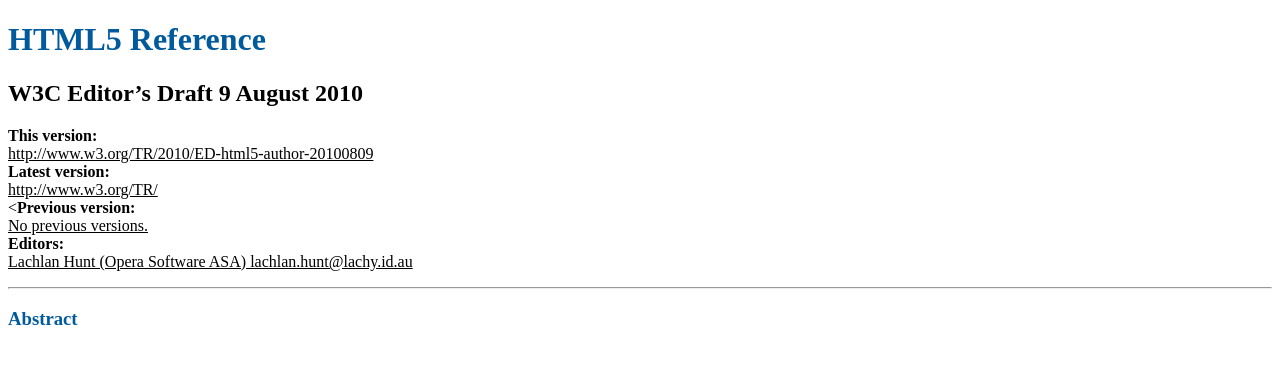
Repository: sujin9335/Front-end
Page: ClientTest/src/main/webapp/html/문제/5.html
An editor plug-in stored every save of this project. The page is shown before and after the next save, followed by the edit.
The browser window is 1280 px wide. The pictures show the whole page.

Above is the page before, as saved 2023-09-20 08:34:10.

After the next save:
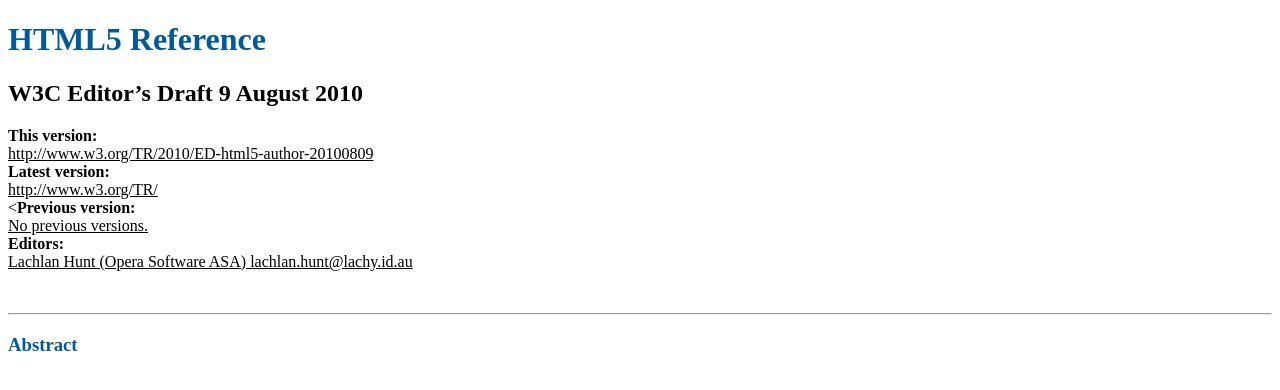
Saved 14 s later.
--- a/ClientTest/src/main/webapp/html/문제/5.html
+++ b/ClientTest/src/main/webapp/html/문제/5.html
@@ -15,7 +15,7 @@
 <<b>Previous version:</b><br>
 <u>No previous versions.</u><br>
 <b>Editors:</b><br>
-<u>Lachlan Hunt (Opera Software ASA) lachlan.hunt@lachy.id.au</u></p>
+<u>Lachlan Hunt (Opera Software ASA) lachlan.hunt@lachy.id.au</u></p><br>
 <hr>
 
 <h3><font color="#005A9C">Abstract</font></h3>

After the save that followed:
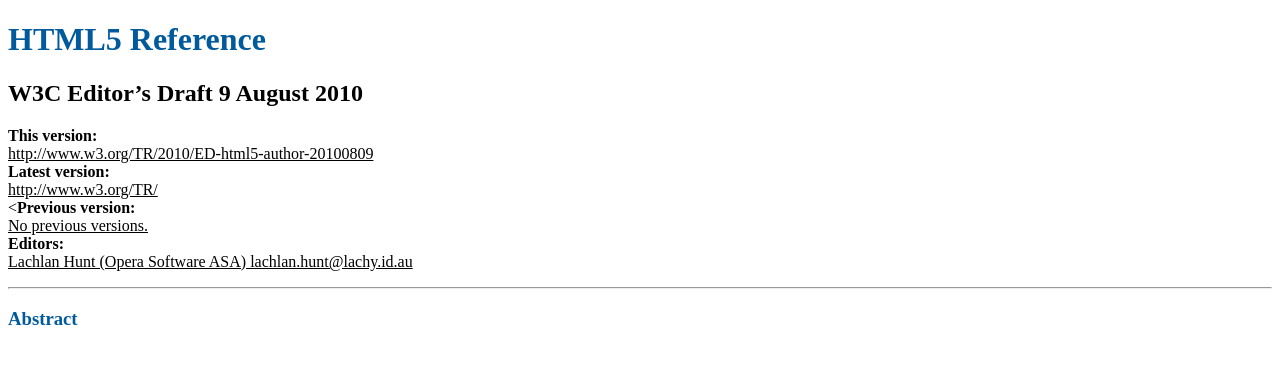
Saved 11 s later.
--- a/ClientTest/src/main/webapp/html/문제/5.html
+++ b/ClientTest/src/main/webapp/html/문제/5.html
@@ -15,7 +15,7 @@
 <<b>Previous version:</b><br>
 <u>No previous versions.</u><br>
 <b>Editors:</b><br>
-<u>Lachlan Hunt (Opera Software ASA) lachlan.hunt@lachy.id.au</u></p><br>
+<u>Lachlan Hunt (Opera Software ASA) lachlan.hunt@lachy.id.au</u></p>
 <hr>
 
 <h3><font color="#005A9C">Abstract</font></h3>
